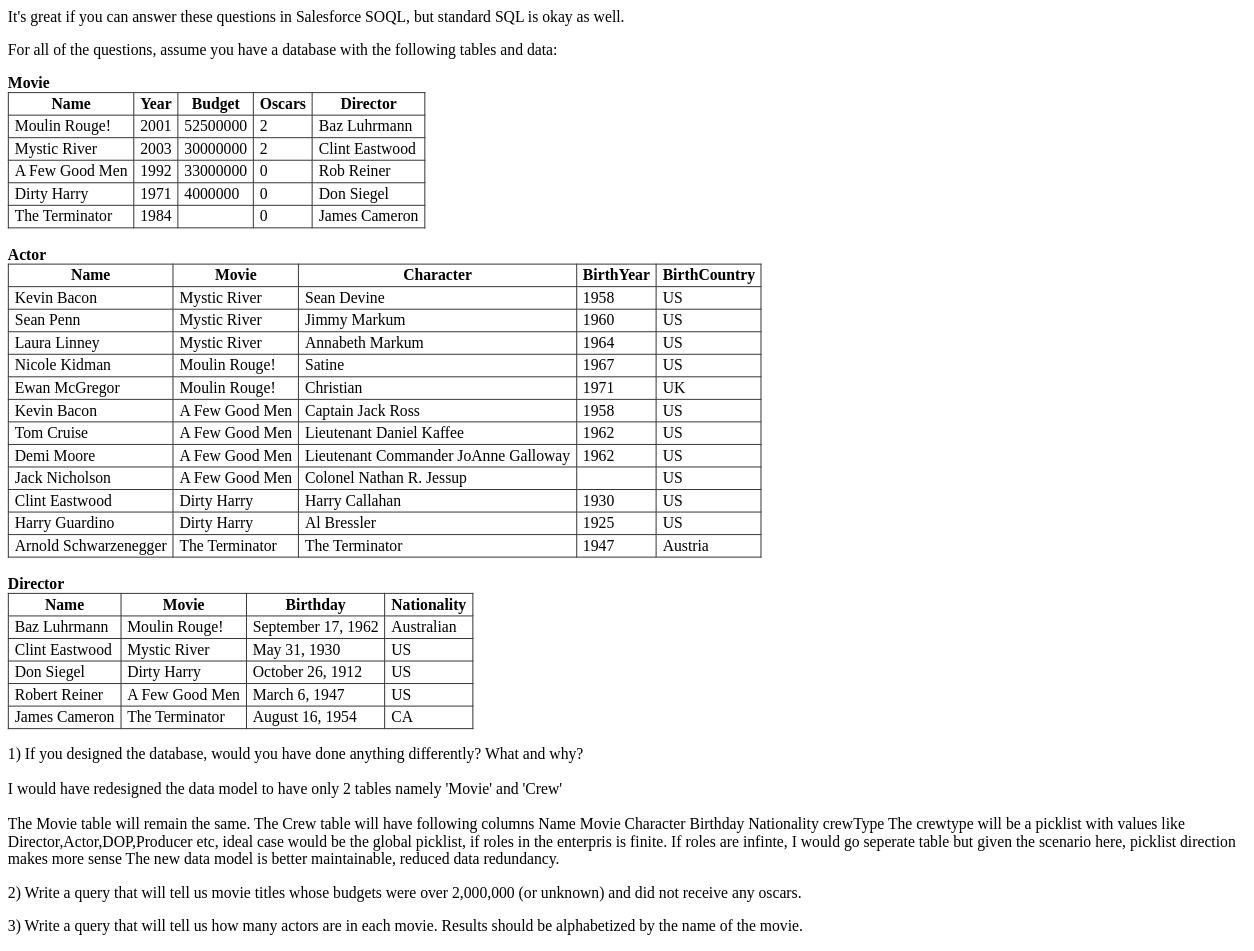
Repository: akhil33/AFFRM
Page: AFFIRM-NON-SFDC/Database.html
An editor plug-in stored every save of this project. The page is shown before and after the next save, followed by the edit.
The browser window is 1280 px wide. The pictures show the whole page, at 98% of full size.

Above is the page before, as saved 2022-04-07 16:21:51.

After the next save:
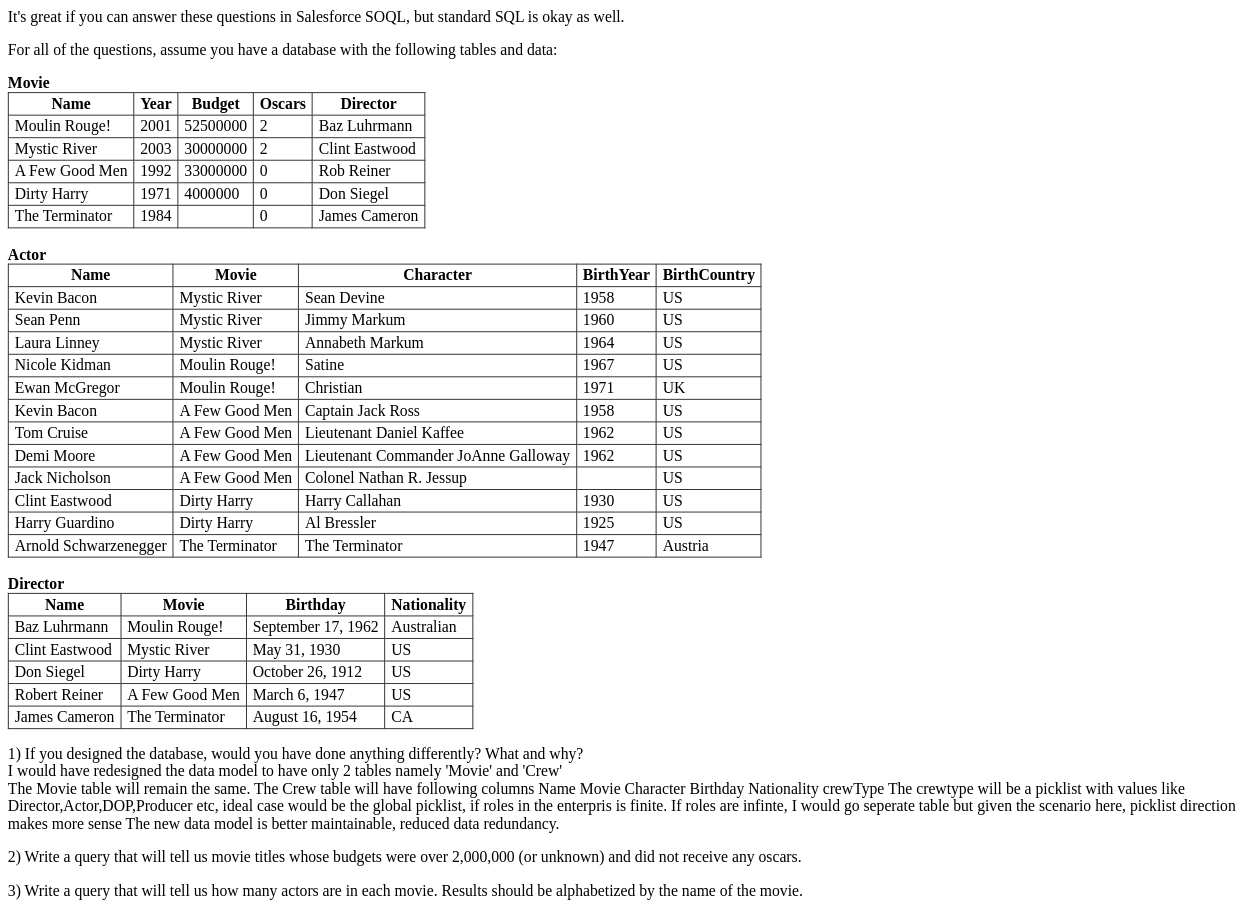
Saved 47 s later.
--- a/AFFIRM-NON-SFDC/Database.html
+++ b/AFFIRM-NON-SFDC/Database.html
@@ -196,9 +196,9 @@
 
 
 		<p>1) If you designed the database, would you have done anything differently? What and why?
-			<br></br>
+			<br>
 			I would have redesigned the data model to have only 2 tables namely 'Movie' and 'Crew'
-			<br></br>
+			<br>
 			The Movie table will remain the same.
 			The Crew table will have following columns
 				Name
